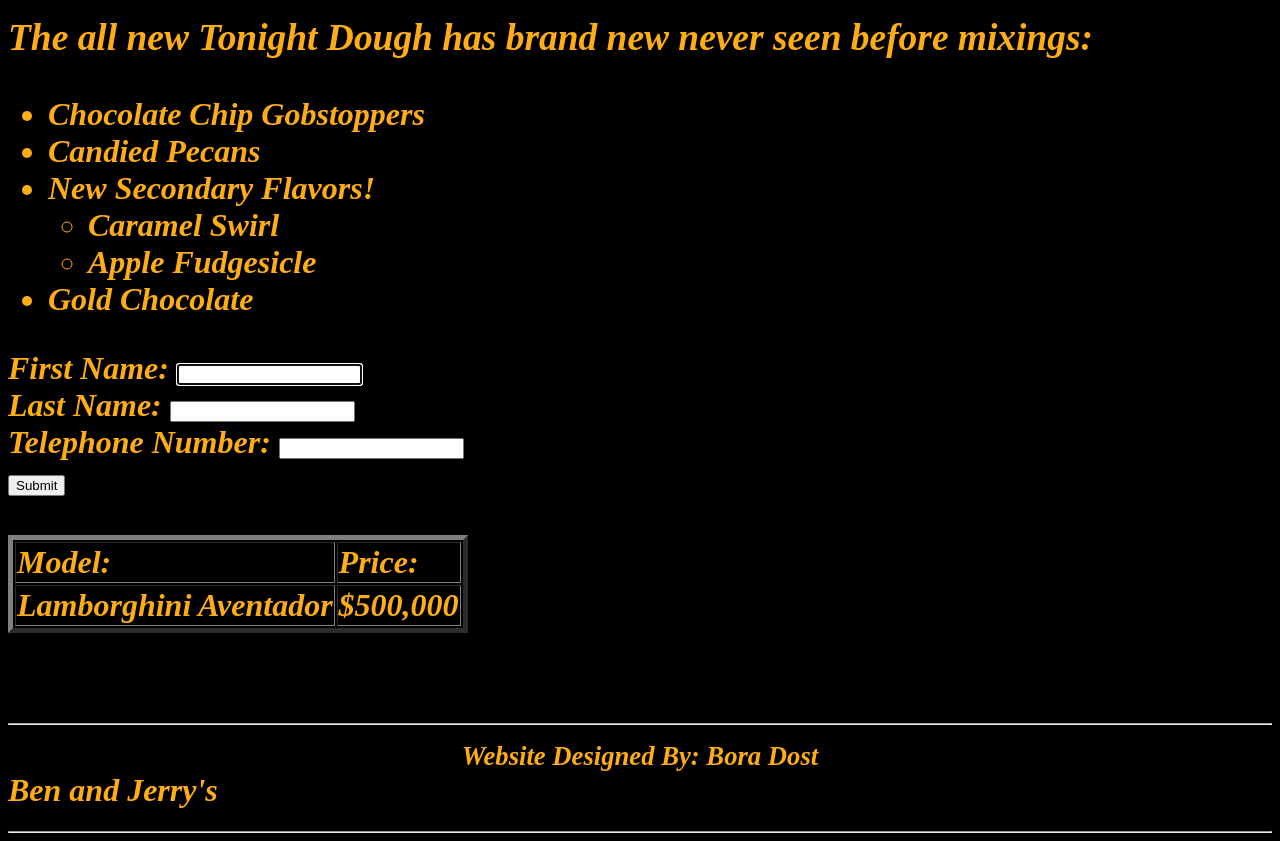
Repository: Bora1204/BoraDost-Website
Page: lab1/index.html
The author's editor kept a record of every edit. The page is drawn from the files as they stood at one moment, then again after the next edit.
The browser window is 1280 px wide. The pictures show the part of the page from y = 690 to 1642 px (the page is 1531 px tall before and 1642 px after).

Above is the page before.

After the next edit:
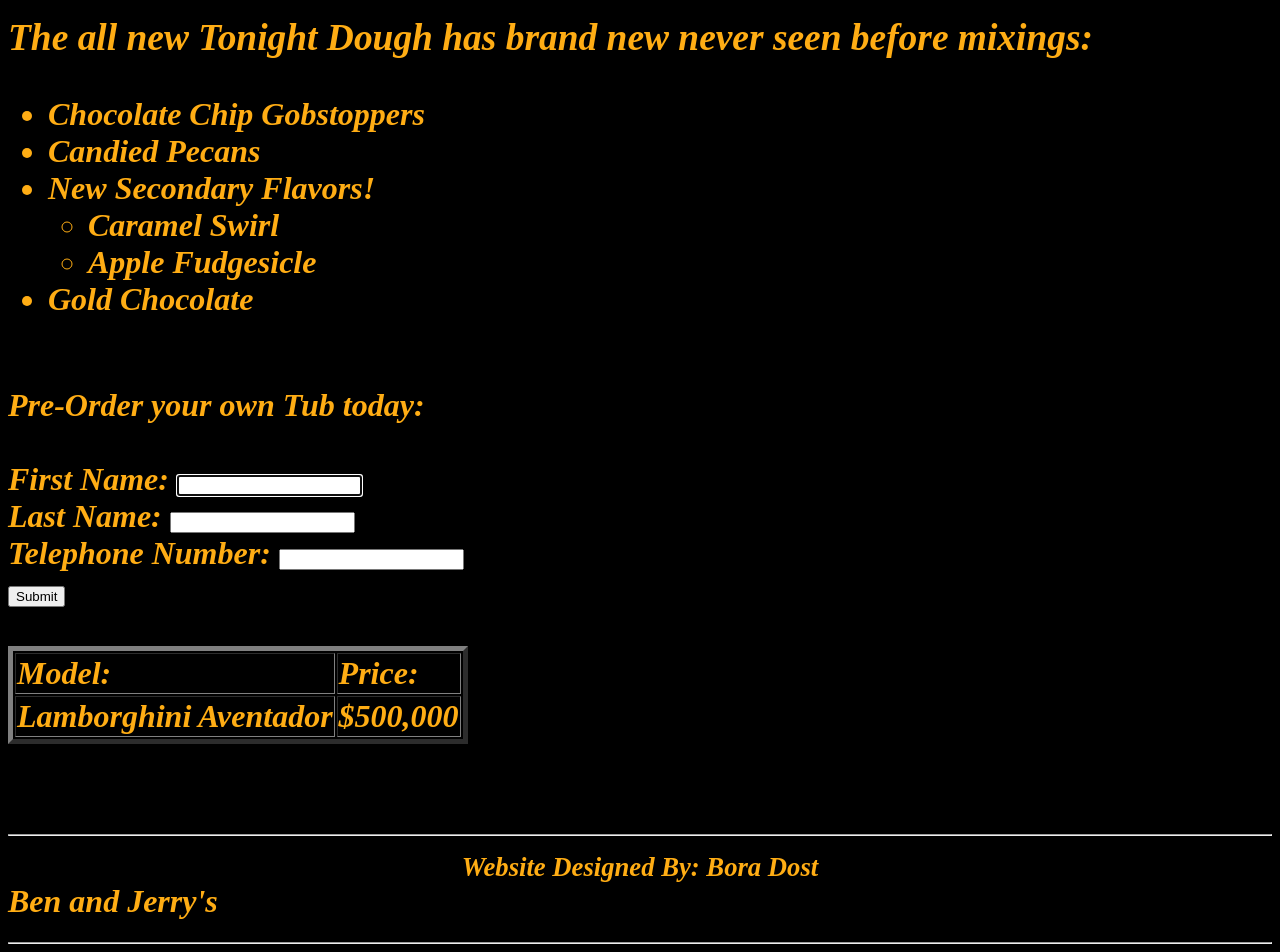
The edit:
--- a/lab1/index.html
+++ b/lab1/index.html
@@ -38,6 +38,10 @@
         <li> Gold Chocolate</li>
         </ul>
     </p>
+    <br>
+Pre-Order your own Tub today:
+<br>
+<br>
 
     <form name="input">
 First Name: <input type="text" name="fname" autofocus />
